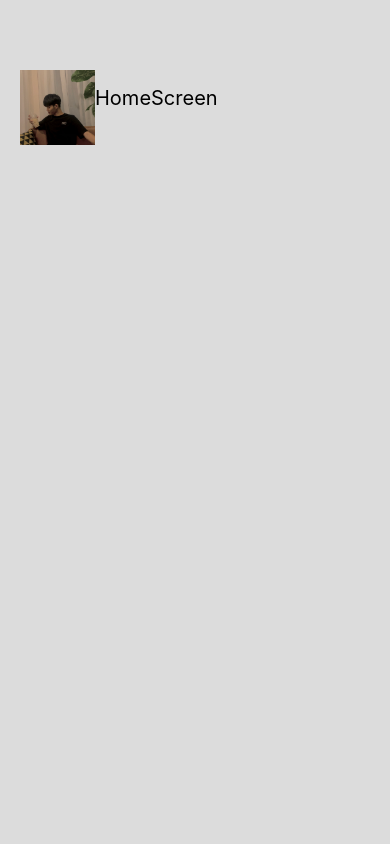
Repository: diepdung02/AppPTC
Screen: /Home
An editor plug-in stored every save of this project. The screen is shown before and after the next save, followed by the edit.
The app was drawn by React Native's web renderer in a window 390 px wide. The project was rebuilt for these pictures with package versions that can differ from the ones it lists, and the page was loaded fresh each time.

Above is the screen before, as saved 2024-06-29 13:09:25.

After the next save:
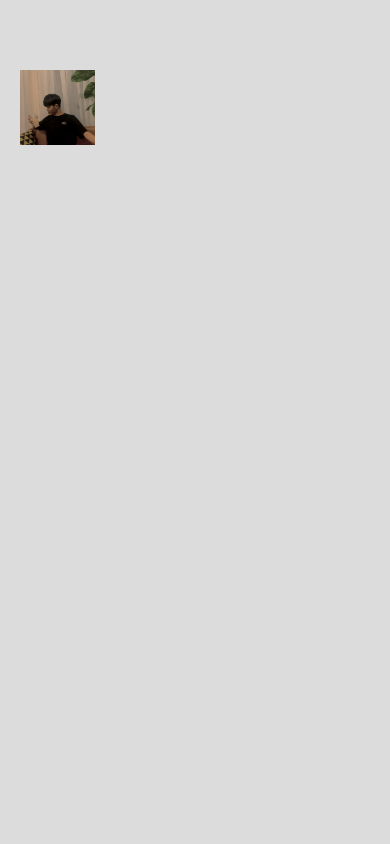
Saved 7 s later.
--- a/screen/home/HomeScreen.tsx
+++ b/screen/home/HomeScreen.tsx
@@ -7,7 +7,7 @@ const HomeScreen:React.FC = () => {
     <View style={styles.container}>
       <View style={styles.inforContainer}>
         <Image source={require("../../assets/avatar.jpg")} style={styles.avatar}></Image>
-      <Text style={styles.txtInfor}>HomeScreen</Text>
+      <Text style={styles.txtInfor}></Text>
       <Text style={styles.txtInfor}></Text>
       </View>
     </View>
